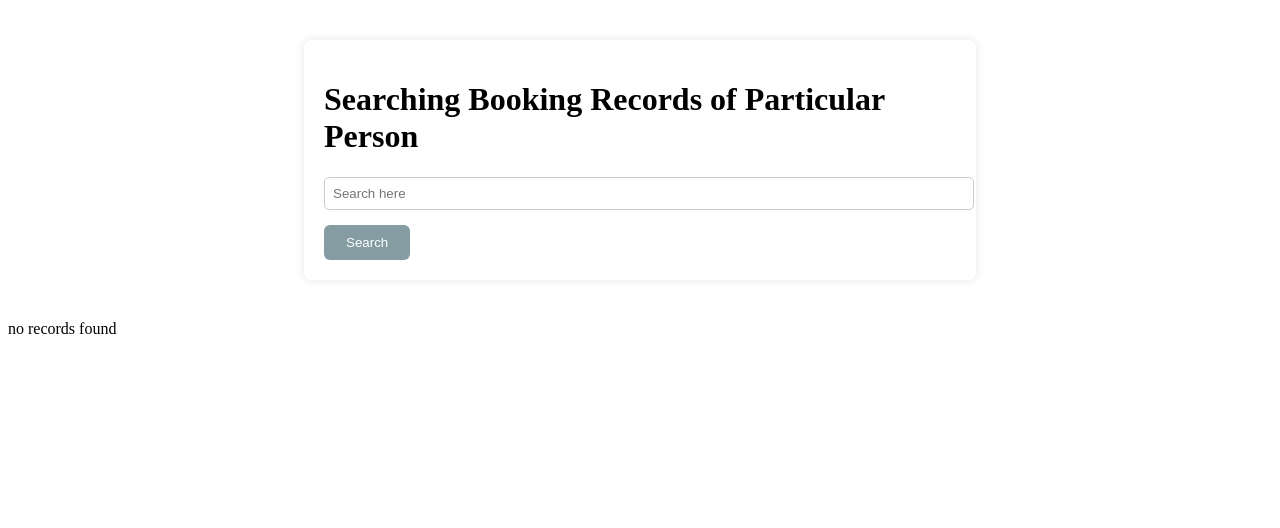
Repository: Arisha004/Hospital-Appointment-Management-System
Page: http://localhost/list2.php
The author's editor kept a copy of each file at every save. The page is drawn from the files as they stood at one save, then again after the next save.
The browser window is 1280 px wide. The pictures show the whole page.
The page is run by PHP 8.4 with error messages shown; the project is at /var/www/html/. Queries for data that is not in the repository find no rows.

Above is the page before, as saved 2025-10-25 00:57:41.

After the next save:
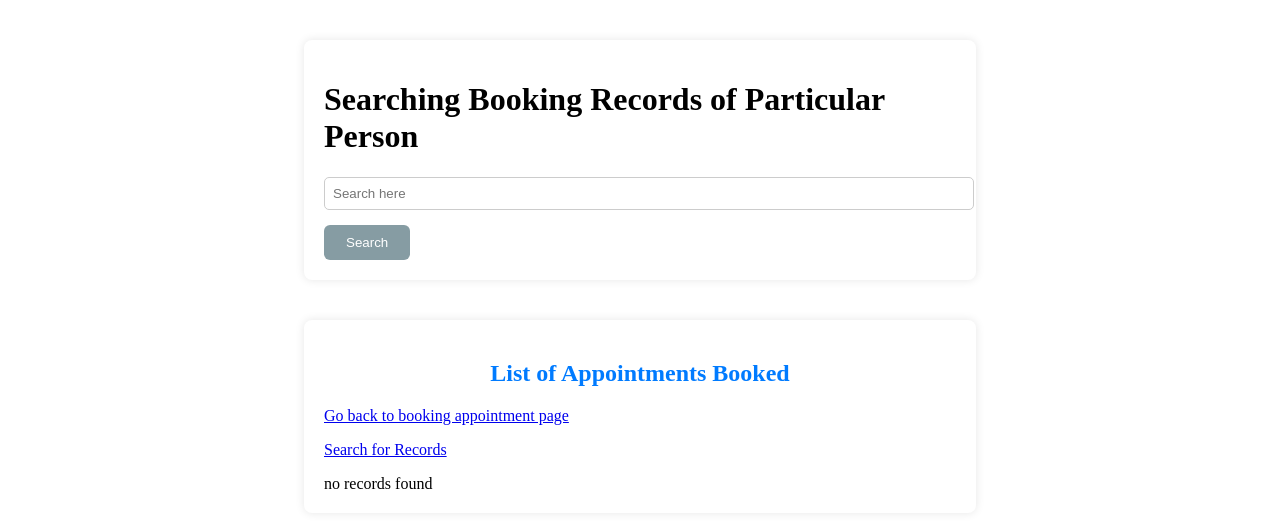
Saved 4 s later.
--- a/list2.php
+++ b/list2.php
@@ -43,6 +43,11 @@ include 'db.php';
 </div>
 </form>
 
+      <div class="container1">
+    <h2>List of Appointments Booked</h1>
+
+    <p><a href="index.php"> Go back to booking appointment page</a></p>
+    <p><a href="searching.php"> Search for Records </a></p>
 
    <?php
 
